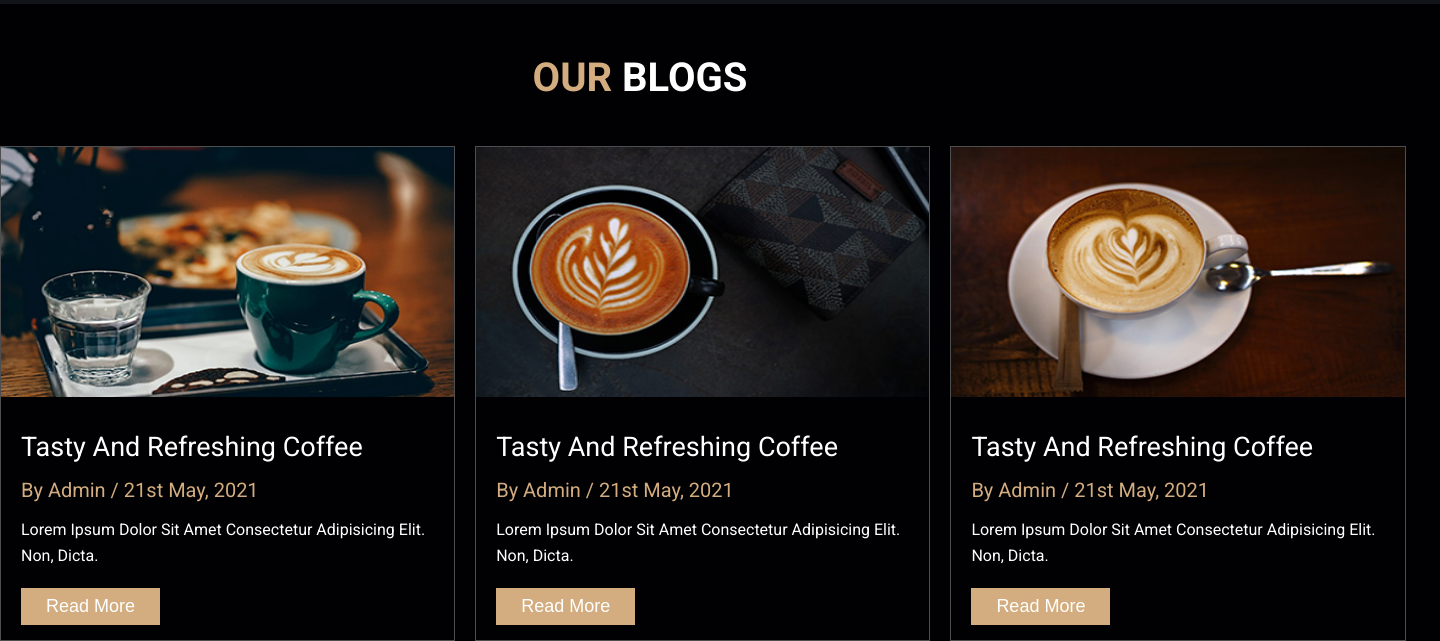
Repository: Dinhthai303/DinhThai
Page: index.html
The author's editor kept a copy of each file at every save. The page is drawn from the files as they stood at one save, then again after the next save.
The browser window is 1280 px wide. The page is 1440 px wide, so the pictures cover 1440 px, including what lies to the right of the window. The pictures show the part of the page from y = 4258 to 4899 px (the page is 4899 px tall before and 4895 px after).

Above is the page before, as saved 2021-11-28 01:47:12.

### index.html
<!DOCTYPE html>
<html lang="en">

<head>
    <meta charset="UTF-8">
    <meta http-equiv="X-UA-Compatible" content="IE=edge">
    <meta name="viewport" content="width=device-width, initial-scale=1.0">
    <title>Document</title>
    <!-- FONT AWESOME -->
    <link rel="stylesheet" href="https://cdnjs.cloudflare.com/ajax/libs/font-awesome/6.0.0-beta3/css/all.min.css"
        integrity="sha512-Fo3rlrZj/k7ujTnHg4CGR2D7kSs0v4LLanw2qksYuRlEzO+tcaEPQogQ0KaoGN26/zrn20ImR1DfuLWnOo7aBA=="
        crossorigin="anonymous" referrerpolicy="no-referrer" />
    <!-- GOOLE FONT -->
    <link rel="preconnect" href="https://fonts.googleapis.com">
    <link rel="preconnect" href="https://fonts.gstatic.com" crossorigin>
    <link href="https://fonts.googleapis.com/css2?family=Roboto:wght@300;400;500;700&display=swap" rel="stylesheet">
    <!-- MAIN CSS -->
    <link rel="stylesheet" href="./css/style.css">
</head>

<body>
    <header class="header">
        <div class="container">
            <div class="header__content">
                <div class="header__logo">
                    <img src="./images/logo.png" alt="">
                </div>
                <ul class="header__menu">
                    <li class="header__item"><a class="header__link" href="#">Home</a></li>
                    <li class="header__item"><a class="header__link" href="#">About</a></li>
                    <li class="header__item"><a class="header__link" href="#">Menu</a></li>
                    <li class="header__item"><a class="header__link" href="#">Product</a></li>
                    <li class="header__item"><a class="header__link" href="#">Review</a></li>
                    <li class="header__item"><a class="header__link" href="#">Contact</a></li>
                    <li class="header__item"><a class="header__link" href="#">Blog</a></li>
                </ul>
                <div class="header__icon">
                    <i class="fa fa-search"></i>
                    <i class="fa fa-shopping-cart"></i>
                </div>
            </div>
        </div>
    </header>
    <section class="banner">
        <div class="banner__content">
            <img class="banner__image" src="./images/home-img.jpeg" alt="">
            <div class="banner__text">
                <h3 class="banner__title">FRESH COFFEE IN THE MORNING</h3>
                <p class="banner__desc">Lorem Ipsum, Dolor Sit Amet Consectetur Adipisicing Elit. Placeat Labore, Sint
                    Cupiditate Distinctio Tempora Reiciendis.</p>
                <button class="btn">Get Your now</button>
            </div>
        </div>
    </section>
    <section class="about">
        <h2 class="heading">About <span>us</span></h2>
        <div class="container">
            <div class="about__content">
                <div class="about__left">
                    <img class="about__image" src="./images/about-img.jpeg" alt="">
                </div>
                <div class="about__right">
                    <div class="about__text">
                        <h2 class="about__title">What Makes Our Coffee Special?</h2>
                        <p class="about__desc">Lorem Ipsum Dolor Sit Amet Consectetur Adipisicing Elit. Voluptatibus Qui
                            Ea Ullam, Enim Tempora Ipsum Fuga Alias Quae Ratione A Officiis Id Temporibus Autem? Quod
                            Nemo Facilis Cupiditate. Ex, Vel?</p>
                        <p class="about__desc">Lorem Ipsum Dolor Sit Amet Consectetur, Adipisicing Elit. Odit Amet Enim
                            Quod Veritatis, Nihil Voluptas Culpa! Neque Consectetur Obcaecati Sapiente?</p>
                        <button class="btn about__button">Learn More</button>
                    </div>
                </div>
            </div>
        </div>
    </section>
    <section class="menu">
        <h2 class="heading"><span>our</span> menu</h2>
        <div class="container">
            <div class="menu__content">
                <div class="menu__item">
                    <div class="menu__text">
                        <img src="./images/menu-1.png" alt="" class="menu__img">
                        <h3 class="menu__title">Tasty And Healty
                        </h3>
                        <div class="menu__price price">$15.99 <span class="menu__price--old old">20.99</span></div>
                        <button class="btn menu__button">Add To Cart</button>
                    </div>
                </div>
                <div class="menu__item">
                    <div class="menu__text">
                        <img src="./images/menu-2.png" alt="" class="menu__img">
                        <h3 class="menu__title">Tasty And Healty
                        </h3>
                        <div class="menu__price price">$15.99 <span class="menu__price--old old">20.99</span></div>
                        <button class="btn menu__button">Add To Cart</button>
                    </div>
                </div>
                <div class="menu__item">
                    <div class="menu__text">
                        <img src="./images/menu-3.png" alt="" class="menu__img">
                        <h3 class="menu__title">Tasty And Healty
                        </h3>
                        <div class="menu__price price">$15.99 <span class="menu__price--old old">20.99</span></div>
                        <button class="btn menu__button">Add To Cart</button>
                    </div>
                </div>
                <div class="menu__item">
                    <div class="menu__text">
                        <img src="./images/menu-4.png" alt="" class="menu__img">
                        <h3 class="menu__title">Tasty And Healty
                        </h3>
                        <div class="menu__price price">$15.99 <span class="menu__price--old price">20.99</span></div>
                        <button class="btn menu__button">Add To Cart</button>
                    </div>
                </div>
                <div class="menu__item">
                    <div class="menu__text">
                        <img src="./images/menu-5.png" alt="" class="menu__img">
                        <h3 class="menu__title">Tasty And Healty
                        </h3>
                        <div class="menu__price price">$15.99 <span class="menu__price--old old">20.99</span></div>
                        <button class="btn menu__button">Add To Cart</button>
                    </div>
                </div>
                <div class="menu__item">
                    <div class="menu__text">
                        <img src="./images/menu-6.png" alt="" class="menu__img">
                        <h3 class="menu__title">Tasty And Healty
                        </h3>
                        <div class="menu__price price">$15.99 <span class="menu__price--old old">20.99</span></div>
                        <button class="btn menu__button">Add To Cart</button>
                    </div>
                </div>
            </div>
        </div>
    </section>
    <section class="products">
        <h2 class="heading"><span>OUR</span> PRODUCTS</h2>
        <div class="container">
            <div class="products__content">
                <div class="products__item">
                    <div class="products__social">
                        <i class="fa fa-shopping-cart"></i>
                        <i class="fa fa-heart"></i>
                        <i class="fa fa-eye"></i>
                    </div>
                    <div class="products__img">
                        <img src="./images/product-2.png" alt="">
                    </div>
                    <h3 class="products__title">Fresh Coffee</h3>
                    <div class="star">
                        <i class="fa fa-star"></i>
                        <i class="fa fa-star"></i>
                        <i class="fa fa-star"></i>
                        <i class="fa fa-star"></i>
                        <i class="fa fa-star-half-alt"></i>
                    </div>
                    <div class="price">$15.99 <span class="old">20.99</span></div>
                </div>
                <div class="products__item">
                    <div class="products__social">
                        <i class="fa fa-shopping-cart"></i>
                        <i class="fa fa-heart"></i>
                        <i class="fa fa-eye"></i>
                    </div>
                    <div class="products__img">
                        <img src="./images/product-3.png" alt="">
                    </div>
                    <h3 class="products__title">Fresh Coffee</h3>
                    <div class="star">
                        <i class="fa fa-star"></i>
                        <i class="fa fa-star"></i>
                        <i class="fa fa-star"></i>
                        <i class="fa fa-star"></i>
                        <i class="fa fa-star-half-alt"></i>
                    </div>
                    <div class="price">$15.99 <span class="old">20.99</span></div>
                </div>
                <div class="products__item">
                    <div class="products__social">
                        <i class="fa fa-shopping-cart"></i>
                        <i class="fa fa-heart"></i>
                        <i class="fa fa-eye"></i>
                    </div>
                    <div class="products__img">
                        <img src="./images/product-1.png" alt="">
                    </div>
                    <h3 class="products__title">Fresh Coffee</h3>
                    <div class="star">
                        <i class="fa fa-star"></i>
                        <i class="fa fa-star"></i>
                        <i class="fa fa-star"></i>
                        <i class="fa fa-star"></i>
                        <i class="fa fa-star-half-alt"></i>
                    </div>
                    <div class="price">$15.99 <span class="old">20.99</span></div>
                </div>
            </div>
        </div>
    </section>
    <section class="review">
        <h2 class="heading"><span>CUSTOMER'S</span> REVIEW</h2>
        <div class="container">
            <div class="review__content">
                <div class="review__item">
                    <img src="./images/quote-img.png" alt="" class="review__top">
                    <p class="review__desc">Lorem Ipsum Dolor Sit Amet Consectetur Adipisicing Elit. Animi Nulla Sit
                        Libero Nemo Fuga Sequi Nobis? Necessitatibus Aut Laborum, Nisi Quas Eaque Laudantium
                        Consequuntur Iste Ex Aliquam Minus Vel? Nemo.</p>
                    <img src="./images/pic-1.png" alt="" class="review__avatar">
                    <h3 class="review__author">John Deo
                    </h3>
                    <div class="star">
                        <i class="fa fa-star"></i>
                        <i class="fa fa-star"></i>
                        <i class="fa fa-star"></i>
                        <i class="fa fa-star"></i>
                        <i class="fa fa-star-half-alt"></i>
                    </div>
                </div>
                <div class="review__item">
                    <img src="./images/quote-img.png" alt="" class="review__top">
                    <p class="review__desc">Lorem Ipsum Dolor Sit Amet Consectetur Adipisicing Elit. Animi Nulla Sit
                        Libero Nemo Fuga Sequi Nobis? Necessitatibus Aut Laborum, Nisi Quas Eaque Laudantium
                        Consequuntur Iste Ex Aliquam Minus Vel? Nemo.</p>
                    <img src="./images/pic-2.png" alt="" class="review__avatar">
                    <h3 class="review__author">John Deo
                    </h3>
                    <div class="star">
                        <i class="fa fa-star"></i>
                        <i class="fa fa-star"></i>
                        <i class="fa fa-star"></i>
                        <i class="fa fa-star"></i>
                        <i class="fa fa-star-half-alt"></i>
                    </div>
                </div>
                <div class="review__item">
                    <img src="./images/quote-img.png" alt="" class="review__top">
                    <p class="review__desc">Lorem Ipsum Dolor Sit Amet Consectetur Adipisicing Elit. Animi Nulla Sit
                        Libero Nemo Fuga Sequi Nobis? Necessitatibus Aut Laborum, Nisi Quas Eaque Laudantium
                        Consequuntur Iste Ex Aliquam Minus Vel? Nemo.</p>
                    <img src="./images/pic-3.png" alt="" class="review__avatar">
                    <h3 class="review__author">John Deo
                    </h3>
                    <div class="star">
                        <i class="fa fa-star"></i>
                        <i class="fa fa-star"></i>
                        <i class="fa fa-star"></i>
                        <i class="fa fa-star"></i>
                        <i class="fa fa-star-half-alt"></i>
                    </div>
                </div>
            </div>
        </div>
    </section>
    <section class="contact">
        <h2 class="heading">CONTACT <span>US</span></h2>
        <div class="container">
            <div class="contact__content">
                <div class="contact__map">
                    <iframe
                        src="https://www.google.com/maps/embed?pb=!1m18!1m12!1m3!1d3919.5668037483!2d106.68553171533858!3d10.767831062295425!2m3!1f0!2f0!3f0!3m2!1i1024!2i768!4f13.1!3m3!1m2!1s0x31752f18039575d7%3A0x3f90b2c941faeed4!2sFPT-APTECH!5e0!3m2!1svi!2s!4v1638037058853!5m2!1svi!2s"
                        width="600" height="450" style="border:0;" allowfullscreen="" loading="lazy"></iframe>
                </div>
                <div class="contact__right">
                    <div class="contact__box">
                        <h2 class="heading contact__"><span>GET IN TOUCH
                            </span></h2>
                        <div class="contact__input">
                            <i class="fa fa-user"></i>
                            <input type="text" placeholder="Name">
                        </div>
                        <div class="contact__input">
                            <i class="fa fa-envelope"></i>
                            <input type="text" placeholder="Email">
                        </div>
                        <div class="contact__input">
                            <i class="fa fa-phone"></i>
                            <input type="text" placeholder="Number">
                        </div>
                        <div class="contact__button">
                            <button class="btn">Contact Now</button>
                        </div>
                    </div>
                </div>
            </div>
        </div>
    </section>
    <section class="blog">
        <h2 class="heading">OUR <span>BLOGS</span></h2>
        <div class="container">
            <div class="blog__content">
                <div class="blog__item">
                    <div class="blog__image">
                        <img src="./images/blog-1.jpeg" alt="" class="blog__img">
                    </div>
                    <div class="blog__text">
                        <h3 class="blog__title">Tasty And Refreshing Coffee</h3>
                        <span class="blog__time">By Admin / 21st May, 2021</span>
                        <p class="blog__desc">Lorem Ipsum Dolor Sit Amet Consectetur Adipisicing Elit. Non, Dicta.</p>
                        <button class="btn blog__button">Read More</button>
                    </div>
                </div>
                <div class="blog__item">
                    <div class="blog__image">
                        <img src="./images/blog-2.jpeg" alt="" class="blog__img">
                    </div>
                    <div class="blog__text">
                        <h3 class="blog__title">Tasty And Refreshing Coffee</h3>
                        <span class="blog__time">By Admin / 21st May, 2021</span>
                        <p class="blog__desc">Lorem Ipsum Dolor Sit Amet Consectetur Adipisicing Elit. Non, Dicta.</p>
                        <button class="btn blog__button">Read More</button>
                    </div>
                </div>
                <div class="blog__item">
                    <div class="blog__image">
                        <img src="./images/blog-3.jpeg" alt="" class="blog__img">
                    </div>
                    <div class="blog__text">
                        <h3 class="blog__title">Tasty And Refreshing Coffee</h3>
                        <span class="blog__time">By Admin / 21st May, 2021</span>
                        <p class="blog__desc">Lorem Ipsum Dolor Sit Amet Consectetur Adipisicing Elit. Non, Dicta.</p>
                        <button class="btn blog__button">Read More</button>
                    </div>
                </div>
            </div>
        </div>
    </section>
    <footer class="footer"></footer>
</body>

</html>

### css/style.css
*{
    margin: 0;
    padding: 0;
    box-sizing: border-box;
}
body{
    font-family: 'Roboto', sans-serif;
    background-color: #010103;
    font-weight: 400;
    color: white;
}
.heading{
    color: #D3AD7F;
    text-transform: uppercase;
    font-size: 40px;
    text-align: center;
    margin-bottom: 45px;
    margin-top: 50px;
}
.heading span{
    color: white;
}
.container{
    width: 1440px;
    margin: 0 auto;
}
.header{
    background-color: #010103;
    border-bottom: 1px solid #4D4E4F;
}
.header__content{
    display: flex;
    justify-content: space-between;
    align-items: center;
    background-color: #010103;
    padding: 15px 0;
}
.header__menu{
    display: flex;
    list-style: none;
    gap: 20px;
}
.header__item:hover .header__link{
    color: #D3AD7F;
}
.header__item:hover .header__link::after{
    opacity: 1;
    transform: translateY(7px);
}
.header__link::after{
    content: "";
    width: 100%;
    height: 2px;
    position: absolute;
    left: 0;
    bottom: 0;
    background-color: #D3AD7F;
    transition: all .5s;
    opacity: 0;
}
.header__link{
    position: relative;
    color: white;
    text-decoration: none;
}
.header__icon i{
    color: white;
    font-size: 23px;
    margin: 0 10px;
    cursor: pointer;
}
.header__icon i:hover{
    color: #D3AD7F;
}
.header__logo img{
    width: 70px;
}
.banner__content{
    position: relative;
    width: 100%;
    height: 850px;
}
.banner__image{
    width: 100%;
    height: 100%;
    object-fit: cover;
}
.banner__text{
    position: absolute;
    top: 50%;
    left: 120px;
    transform: translateY(-50%);
    width: 570px;
}
.banner__title{
    font-size: 58px;
    color: white;
}
.banner__desc{
    font-size: 20px;
    color: rgb(238, 238, 238);
    font-weight: lighter;
    line-height: 1.8;
    margin: 20px 0;
}
.btn{
    background-color: #D3AD7F;
    border: none;
    color: white;
    padding: 8px 25px;
    font-size: 18px;
    cursor: pointer;
    transition: all .25s;
}
.btn:hover{
    letter-spacing: 1px;
}
.menu__text{
    width: 300px;
}
.menu__item:hover{
    background-color: white;
}
.menu__item:hover *{
    color: black;
}
.about__image{
    width: 100%;
    display: block;
}
.about__left, .about__right{
    width: 50%;
}
.about__content{
    display: flex;
}
.about__title{
    color: white;
    font-size: 30px;
}
.about__right{
    display: flex;
    align-items: center;
}
.about__desc{
    color: rgb(238, 238, 238);
    margin-top: 10px;
    line-height: 1.8;
}
.about__button{
    margin-top: 25px;
}
.about__text{
    margin-left: 20px;
}
.menu__content{
    display: flex;
    flex-wrap: wrap;
    gap: 15px;
}
.menu__item{
    width: calc(25% - 15px);
    border: 1px solid #4D4E4F;
    height: 335px;
    text-align: center;
    display: flex;
    justify-content: center;
    align-items: center;
    transition: all .25s;
}
.menu__title{
    color: white;
    margin-top: 20px;
}
.price{
    color: white;
    font-size: 25px;
    margin: 20px 0;
}
.old{
    color: rgb(238, 238, 238);
    text-decoration: line-through;
    font-size: 15px;
}
.products__content{
    display: flex;
    gap: 20px;
}
.products__item{
    width: calc(33% - 20px);
    border: 1px solid #4D4E4F;
    text-align: center;
    padding: 25px 0;
}
.products__title{
    color: white;
    margin-top: 20px;
    font-size: 25px;
}
.products__social{
    margin-bottom: 25px;
}
.products__social i:hover {
    background-color: #D3AD7F;
}
.products__social i {
    color: white;
    padding: 10px 10px;
    border: 1px solid #4D4E4F;
    font-size: 18px;
    margin: 0 1px;
    cursor: pointer;
}
.star {
    color: #D3AD7F;
    margin-top: 15px;
}
.review__content{
    display: flex;
    gap: 25px;
}
.review__item{
    width: calc(33% - 25px);
    border: 1px solid #4D4E4F;
    text-align: center;
    padding: 30px 25px;
}
.review__desc{
    color: rgb(238, 238, 238);
    line-height: 1.8;
    margin: 25px 0;
}
.review__avatar{
    border-radius: 50%;
    width: 70px;
    margin-bottom: 15px;
}
.contact__content{
    display: flex;
    gap: 30px;
    padding-right: 20px;
    background-color: #13131A;
}
.contact__map{
    width: 50%;
}
.contact__map iframe{
    width: 100%;
}
.contact__right{
    display: flex;
    align-items: center;
    width: 50%;
}
.contact__box{
    width: 100%;
}
.contact__input{
    height: 60px;
    width: 100%;
    border: 1px solid #4D4E4F;
    display: flex;align-items: center;
    padding: 0 20px;
    margin-bottom: 25px;
}
.contact__input input{
    background-color: transparent;
    border: none;
    margin-left: 20px;
    width: 100%;
    height: 22px;
    color: white;
    font-size: 20px;
}
.contact__input input:focus{
    outline: none;
}
.contact__input input::placeholder{
    font-size: 18px;
}
.contact__input i {
    font-size: 23px;
}
.contact__button{
    text-align: center;
}
.blog__content{
    display: flex;
    gap: 20px;
}
.blog__item{
    width: calc(33% - 20px);
    border: 1px solid #4D4E4F;
    overflow: hidden;
}
.blog__item:hover .blog__img{
    transform: scale(1.2);
}
.blog__img{
    width: 100%;
    height: 250px;
    transition: all .5s;
    overflow: hidden;
}
.blog__text{
    padding: 30px 20px 15px;
}
.blog__title{
    font-size: 27px;
    font-weight: 400;
}
.blog__time{
    color: #D3AD7F;
    font-size: 20px;
    margin: 15px 0;
    display: inline-block;
}
.blog__desc{
    line-height: 1.6;
    margin-bottom: 20px;
}

After the next save:
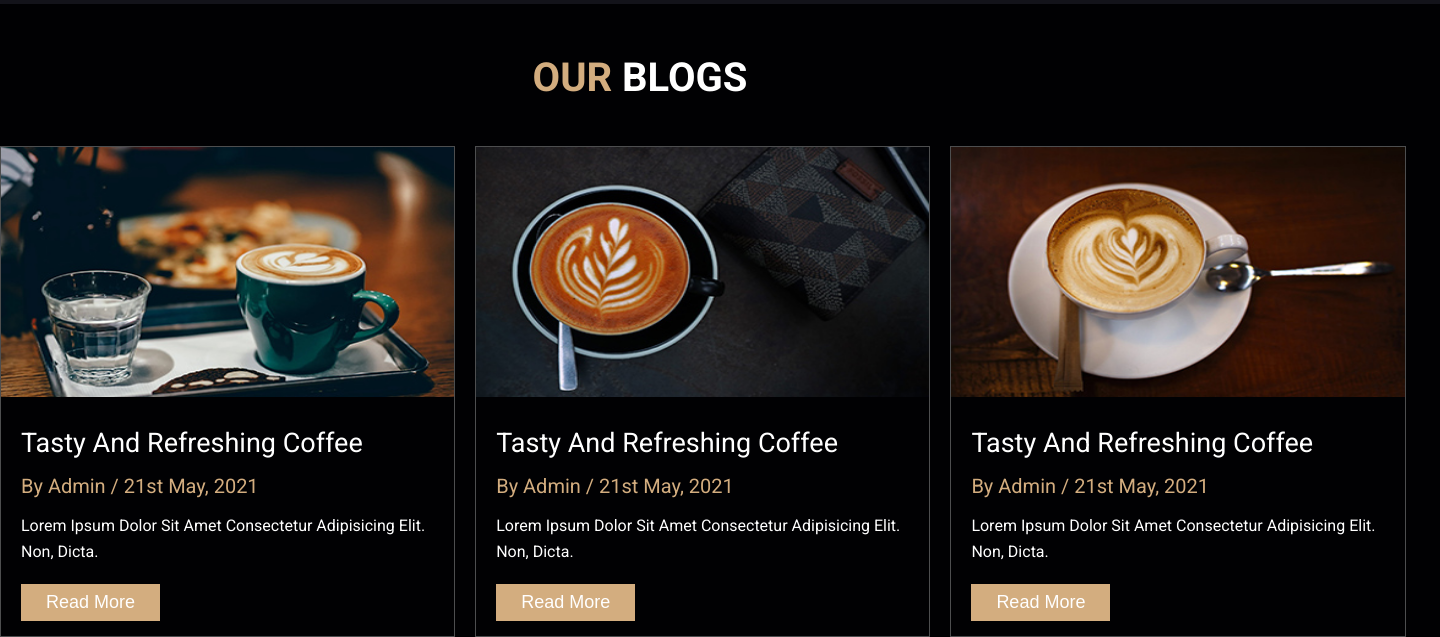
Saved 19 s later.
--- a/css/style.css
+++ b/css/style.css
@@ -296,11 +296,15 @@ body{
 .blog__item:hover .blog__img{
     transform: scale(1.2);
 }
+.blog__image{
+    width: 100%;
+    height: 250px;
+    overflow: hidden;
+}
 .blog__img{
     width: 100%;
-    height: 250px;
+    height: 100%;
     transition: all .5s;
-    overflow: hidden;
 }
 .blog__text{
     padding: 30px 20px 15px;
